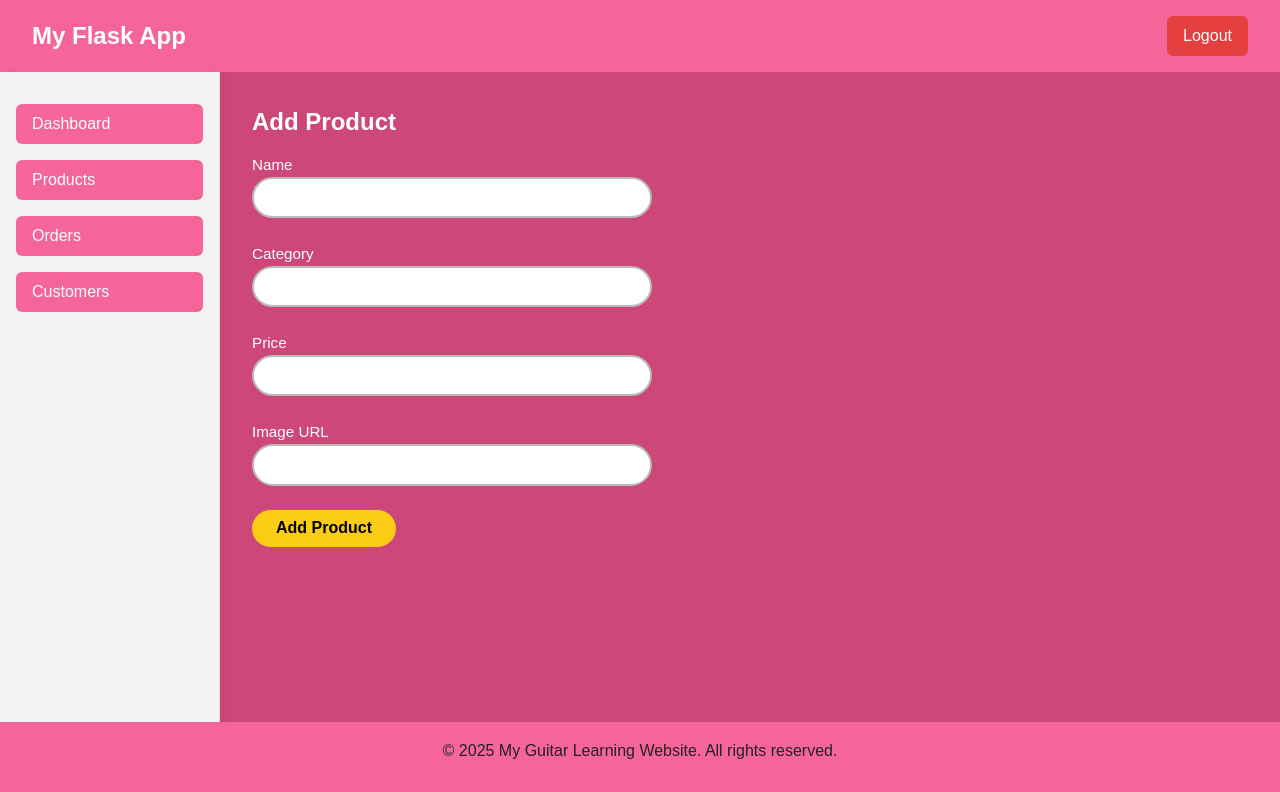
Repository: rywkoo/LearnGuitar
Page: templates/admin/addproduct.html
The author's editor kept a copy of each file at every save. The page is drawn from the files as they stood at one save, then again after the next save.
The browser window is 1280 px wide. The pictures show the whole page.
The page is served by the project's application, run on Flask 3 (app.py). The template is opened directly, without the code that normally fills it, so the values that code supplies are empty.

Above is the page before, as saved 2025-08-25 20:38:11.

After the next save:
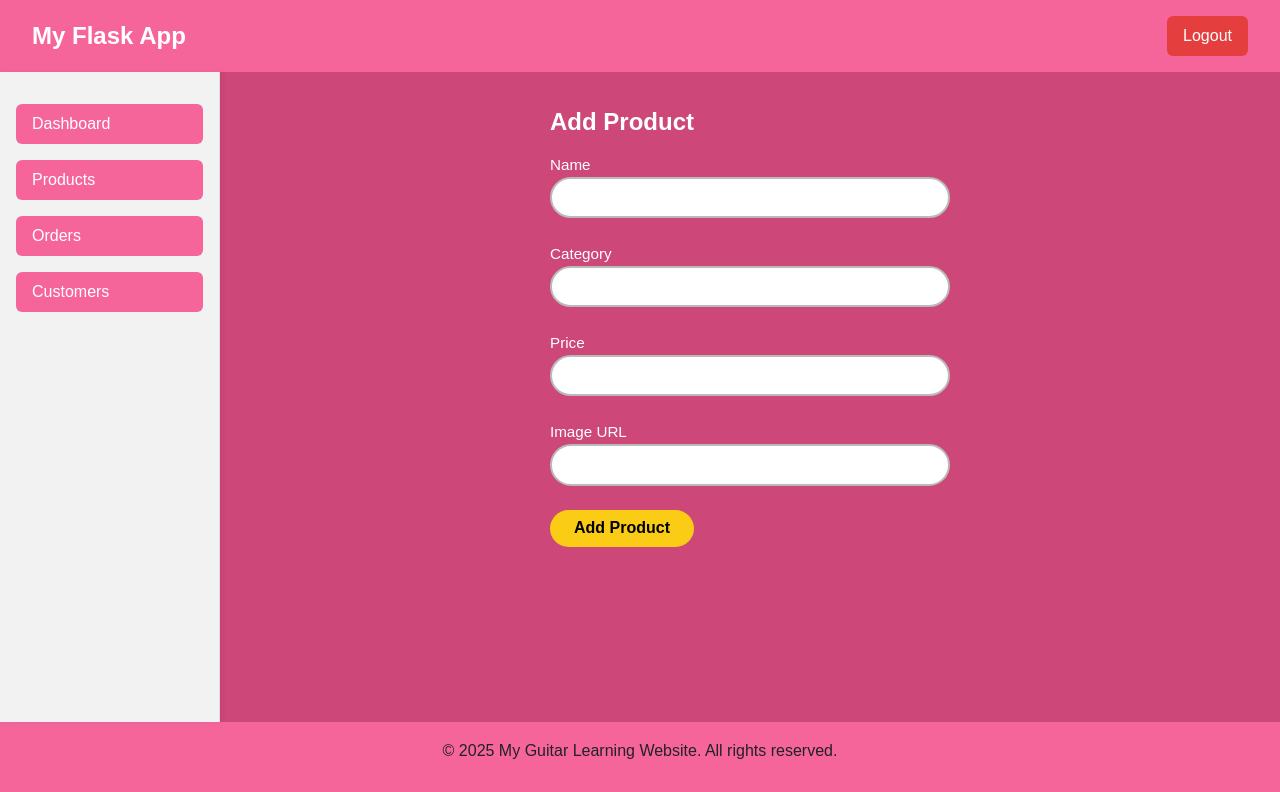
Saved 45 s later.
--- a/templates/admin/addproduct.html
+++ b/templates/admin/addproduct.html
@@ -3,7 +3,7 @@
 {% block main_content %}
 
 
-<div  style="width: 400px;">
+<div  style="width: 400px; margin: auto;">
     <h2 style="color: white;">Add Product</h2>
     <form method="POST">
         <div class="mb-3">
